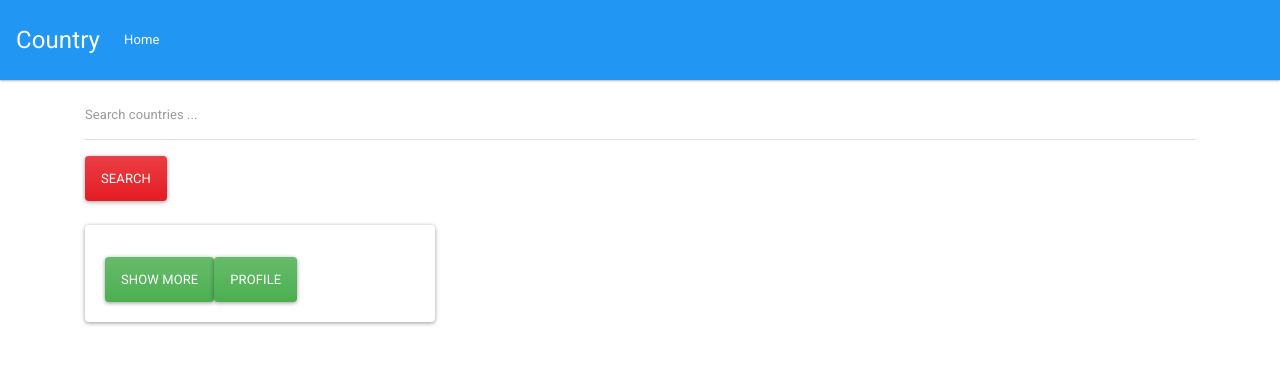
Repository: abdelhak-f/Countries_React
Page: / (app in client/)
The author's editor kept a copy of each file at every save. The page is drawn from the files as they stood at one save, then again after the next save.
The browser window is 1280 px wide. The pictures show the whole page.
The page's requests for data from a server got no answer. The project was rebuilt for these pictures with package versions that can differ from the ones it lists, and the page was loaded fresh each time. No one was signed in, and anything a server would have sent is missing.

Above is the page before, as saved 2021-05-06 12:02:32.

### client/src/App.js
import  React from 'react';
import './App.css';
import Countries from  './components/Countries';
import  Navbar from './components/partials/Navbar';

function App() {
  return (
    <div className="App">
      <Navbar />
      <div class="container">
             <Countries />
      </div>

    </div>
  );
}

export default App;

### client/src/components/Countries.jsx
import React, { Component } from 'react';
import  Country  from  './countrys/Country';
import SearchCountry from './countrys/SearchCountry';
import axios from 'axios';

class Countries extends Component {

    constructor(props) {
        super(props)

        this.state = {
             countries: [
                 {

                 }
             ]
        }
    }
    getCountry = () => {
        axios.get('https://restcountries.eu/rest/v2/all')
                       .then(response => {
                           this.setState({
                            countries: response.data
                           })
                       })
    }
    componentDidMount() {
        this.getCountry();
    }

  render() {
    return (
      <div>
          <div className="row   my-2">
              <div className="col-md-12">
       <SearchCountry  />
              </div>
          </div>
          <div className="row">
        {this.state.countries.map (country => (
            <div className="col-md-4 mt-3">
              <Country  country={country} />
               </div>
        ))}
        </div>
      </div>
    )
  }
}

export default Countries

### client/src/components/partials/Navbar.jsx
import React from 'react';

export default function Navbar() {
  return (
    <>
    <nav className="navbar navbar-expand-sm navbar-dark bg-primary">
        <a className="navbar-brand" href="#">Country</a>
        <button className="navbar-toggler d-lg-none" type="button" data-toggle="collapse" data-target="#collapsibleNavId" aria-controls="collapsibleNavId"
            aria-expanded="false" aria-label="Toggle navigation">
            <span className="navbar-toggler-icon"></span>
        </button>
        <div className="collapse navbar-collapse" id="collapsibleNavId">
            <ul className="navbar-nav mr-auto mt-2 mt-lg-0">
                <li className="nav-item active">
                    <a className="nav-link" href="#">Home <span className="sr-only">(current)</span></a>
                </li>
            </ul>

        </div>
    </nav>
    </>
  );
}

### client/src/components/countrys/Country.jsx
import React, { Component } from 'react'

class Country extends Component {
  render() {
    return (
      <>
         <div className="card">
                   <img className="card-img-top" src= {this.props.country.flag}  alt="" />
                   <div className="card-body">
                       <h4 className="card-title">{this.props.country.name}</h4>
                       <p className="card-text">
                           <a href= {this.props.country.code} className="btn btn-success ">show more</a>
                           <a href={this.props.country.regionalBlocs} className="btn btn-success ">profile</a>
                       </p>
                   </div>
                   </div>
      </>
    )
  }
}

export default Country

### client/src/components/countrys/SearchCountry.jsx
import React, { Component } from 'react'

class SearchCountry extends Component {
  render() {
    return (
      <>
        <form >
            <div className="form-group ">
                {/* <label htmlFor="search">Search</label> */}
                <input placeholder='Search countries ...' id="search" type="text" className="form-control"/>
                </div>
                <button className="btn btn-danger">Search</button>
        </form>
      </>
    )
  }
}

export default SearchCountry

Loaded but not shown: client/public/index.html (common file); client/src/index.js (common file); client/src/App.css (library)

After the next save:
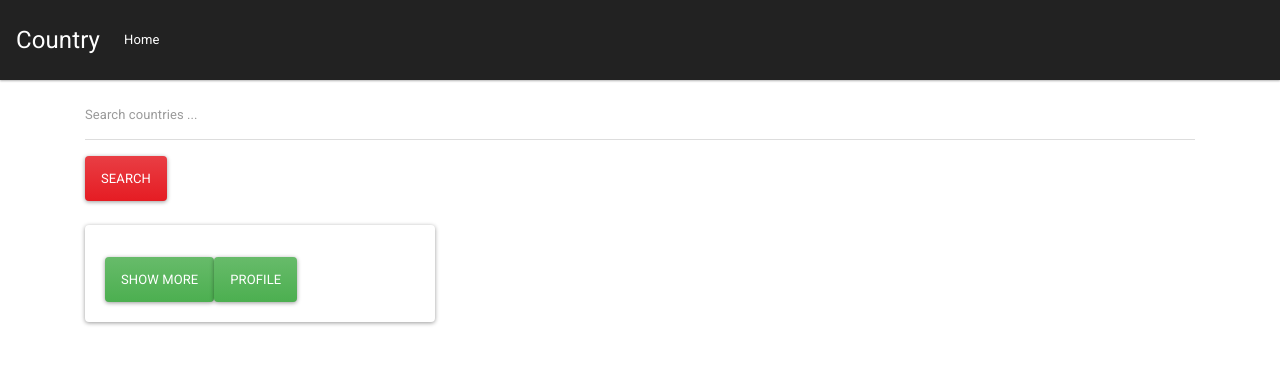
Saved 2 min 31 s later.
--- a/client/src/components/partials/Navbar.jsx
+++ b/client/src/components/partials/Navbar.jsx
@@ -3,7 +3,7 @@ import React from 'react';
 export default function Navbar() {
   return (
     <>
-    <nav className="navbar navbar-expand-sm navbar-dark bg-primary">
+    <nav className="navbar navbar-expand-sm navbar-dark bg-dark">
         <a className="navbar-brand" href="#">Country</a>
         <button className="navbar-toggler d-lg-none" type="button" data-toggle="collapse" data-target="#collapsibleNavId" aria-controls="collapsibleNavId"
             aria-expanded="false" aria-label="Toggle navigation">
